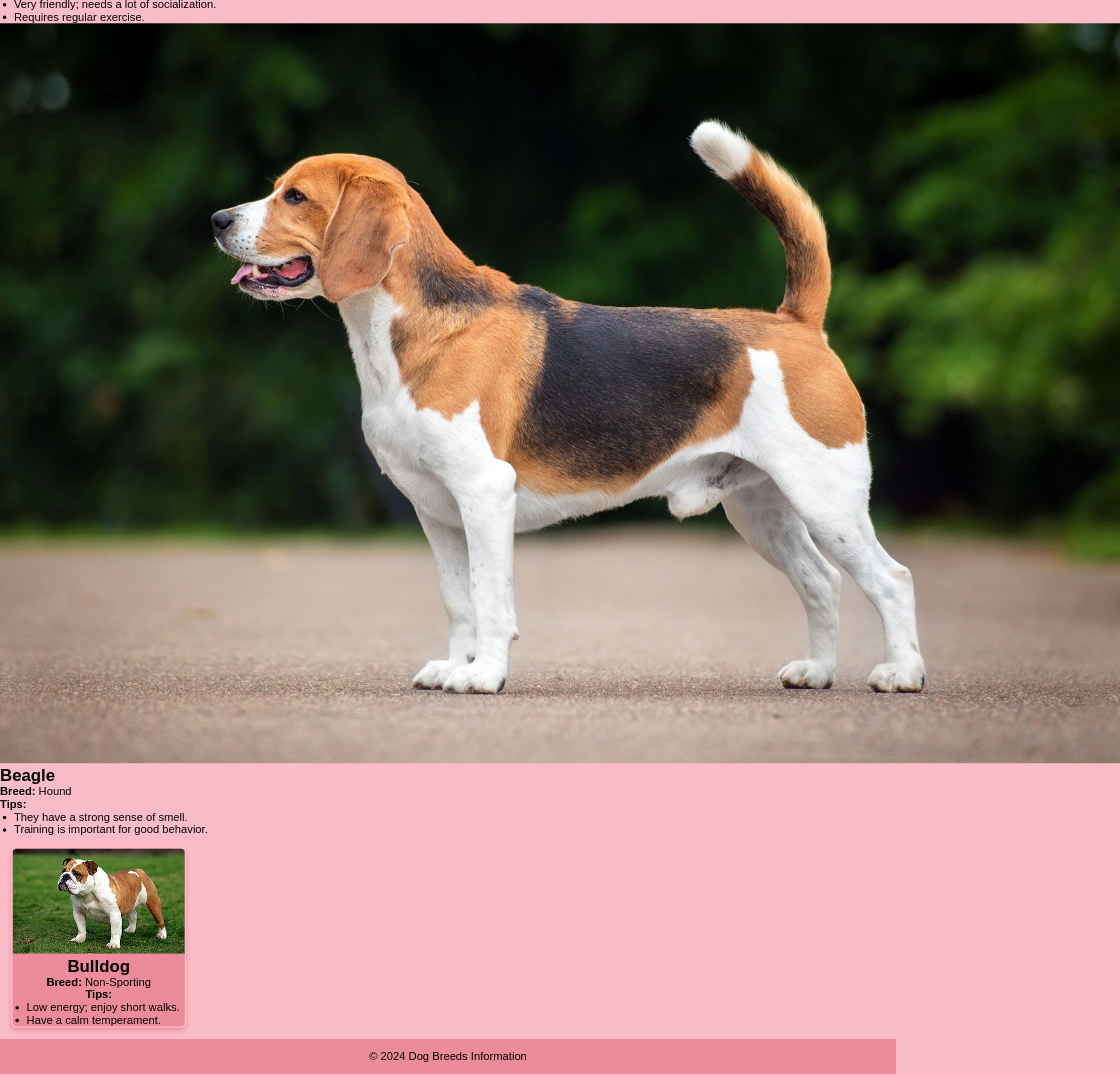
Repository: SHAHZADcodr/pet_care
Page: pages/dog.html
The author's editor kept a copy of each file at every save. The page is drawn from the files as they stood at one save, then again after a run of saves.
The browser window is 1280 px wide. The page is 1600 px wide, so the pictures cover 1600 px, including what lies to the right of the window. The pictures show the part of the page from y = 2715 to 4275 px (the page is 4250 px tall before and 4275 px after), at 70% of full size.

Above is the page before, as saved 2024-11-04 22:48:39.

After the next 2 saves:
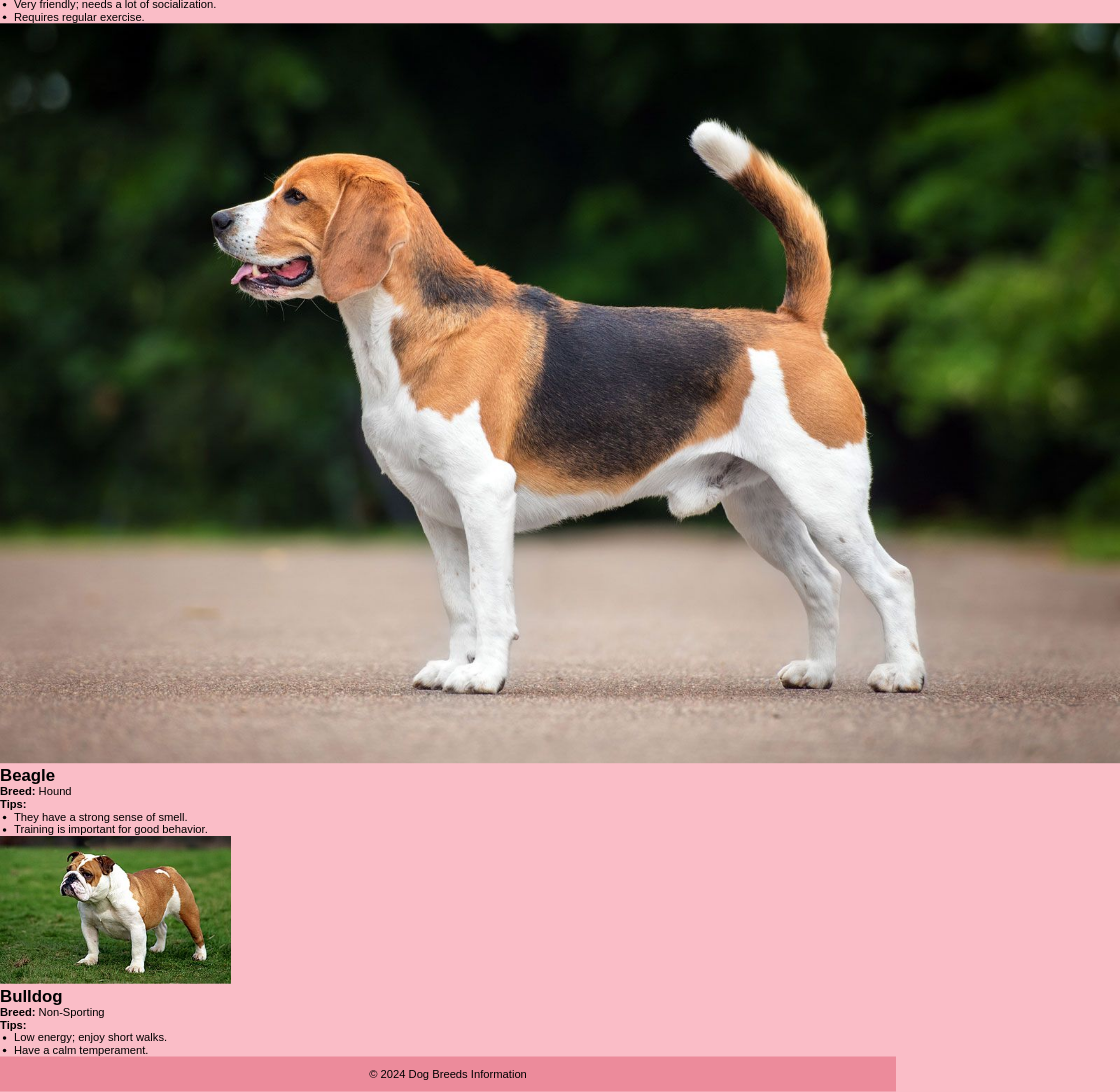
The 2 saves are shown as one change because they came seconds apart.
The last was saved 11 s later.
--- a/pages/dog.html
+++ b/pages/dog.html
@@ -51,8 +51,8 @@
                 <li>Training is important for good behavior.</li>
             </ul>
         </div>
-        <div class="dog-card">
-            <img src="../dogImages/bulldog.jpg" alt="Bulldog" class="dog-image">
+        <div class="card">
+            <img src="../dogImages/bulldog.jpg" alt="Bulldog" class="image">
             <h2>Bulldog</h2>
             <p><strong>Breed:</strong> Non-Sporting</p>
             <p><strong>Tips:</strong></p>
